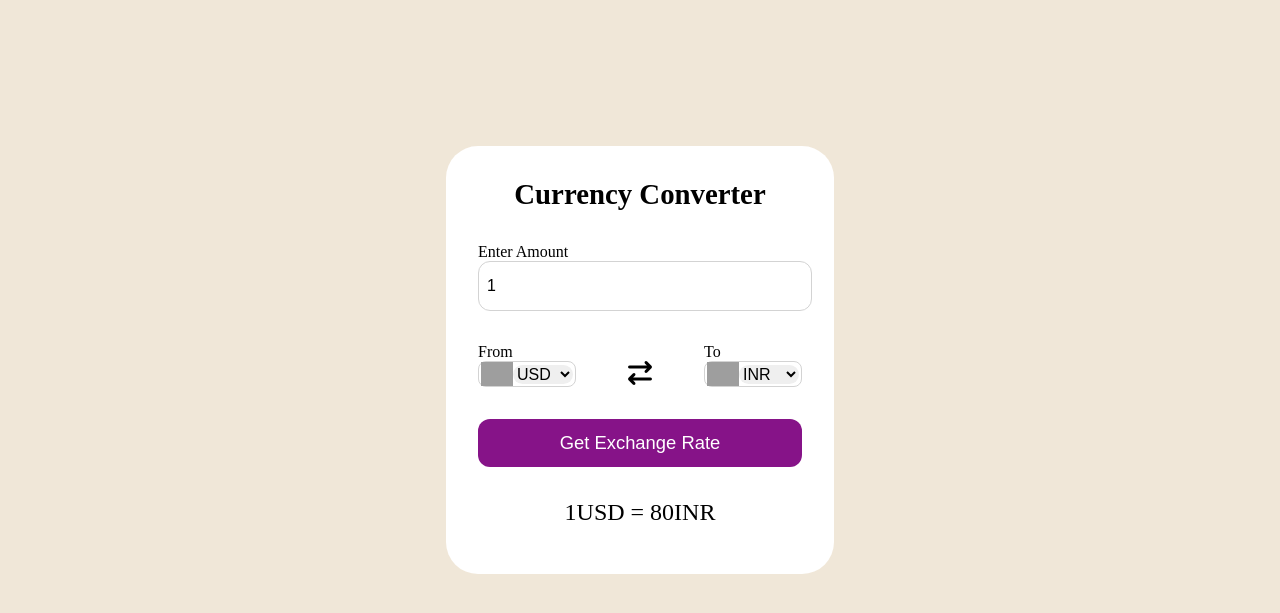
Repository: Saieebawake/Currency-Converter
Page: currconverter.html
The author's editor kept a copy of each file at every save. The page is drawn from the files as they stood at one save, then again after the next save.
The browser window is 1280 px wide. The pictures show the whole page.
Pictures or frames that could not be fetched are drawn as grey boxes.

Above is the page before, as saved 2026-09-21 11:41:06.

### currconverter.html
<!DOCTYPE html>
<html lang="en">
<head>
    <meta charset="UTF-8">
    <meta name="viewport" content="width=device-width, initial-scale=1.0">
    <title>Currency Converter</title>
    <link href="currconverter.css" rel="stylesheet"/>
    <link rel="stylesheet"
    href="https://cdnjs.cloudflare.com/ajax/libs/font-awesome/7.3.1/css/all.min.css"
    integrity="sha512-QeR2VH+lsBE5LSAe1Q5EnTBbe7XTBubt8dG93Y7gidSgdMCr8nVqKcfKAMyN96SV8KDbZVTDXChatu5G2KQGzg=="
    crossorigin="anonymous"
    referrerpolicy="no-referrer"/>
</head>
<body>
    <div class="container">
        <h2>Currency Converter</h2>
        <form>
            <div class="amount">
                <p>Enter Amount</p>
                <input value="1" type="text">
            </div>
            <div class="dropdown">
                <div class="from">
                    <p>From</p>
                    <div class="select-container">
                        <img src="https://flagsapi.com/US/flat/64.png">
                        <select name="from"></select>
                    </div>
                </div>
                <i class="fa-solid fa-arrow-right-arrow-left"></i>
                <div class="to">
                    <p>To</p>
                    <div class="select-container">
                        <img src="https://flagsapi.com/IN/flat/64.png">
                        <select name="to"></select>
                    </div>
                </div>
            </div>
            <button>Get Exchange Rate</button>
            <div class="msg">1USD = 80INR</div>
        </form>
    </div>
    <script src="countrycodes.js"></script>
    <script src="currconverter.js"></script>
</body>
</html>

### currconverter.css
* {
    margin: 0;
    padding: 0;
}

body {
    display: flex;
    justify-content: center;
    align-items: center;
    min-height: 100vh;
    background-color :#F0E7D8;
}

h2 {
    text-align: center;
    font-size: 1.8rem;
}

.container {
    background-color: white;
    padding: 2rem;
    border-radius: 2rem;
    min-height: 45vh;
    width: 45vh;
}

form {
    margin: 2rem 0 1rem 0;
}

form select, button, input {
    width: 100%;
    border: none;
    outline: none;
    border-radius: 0.75rem;
}

form input{
    border: 1px solid lightgray;
    font-size: 1rem;
    height: 3rem;
    padding-left: 0.5rem;
}

.dropdown {
    display: flex;
    justify-content: space-between;
    align-items: center;
    margin-top: 2rem;
}

.dropdown i {
    font-size: 1.5rem;
    margin-top: 1rem;
}

.select-container img {
    max-width: 2rem;
}

.select-container {
    display: flex;
    width: 6rem;
    justify-content: center;
    align-items: center;
    border-radius: 0.5rem;
    border: 1px solid lightgray;
}

.select-container select {
    font-size: 1rem;
    width: auto;
}

.msg {
    text-align: center;
    font-size: 1.5rem;
    font-style: bold;
}

form button {
    height: 3rem;
    background-color: #861388;
    color: white;
    font-size: 1.15rem;
    cursor: pointer;
    margin: 2rem 0 2rem 0;
}

### countrycodes.js
const countryList = {
  AED: "AE",
  AFN: "AF",
  XCD: "AG",
  ALL: "AL",
  AMD: "AM",
  ANG: "AN",
  AOA: "AO",
  AQD: "AQ",
  ARS: "AR",
  AUD: "AU",
  AZN: "AZ",
  BAM: "BA",
  BBD: "BB",
  BDT: "BD",
  XOF: "BE",
  BGN: "BG",
  BHD: "BH",
  BIF: "BI",
  BMD: "BM",
  BND: "BN",
  BOB: "BO",
  BRL: "BR",
  BSD: "BS",
  NOK: "BV",
  BWP: "BW",
  BYR: "BY",
  BZD: "BZ",
  CAD: "CA",
  CDF: "CD",
  XAF: "CF",
  CHF: "CH",
  CLP: "CL",
  CNY: "CN",
  COP: "CO",
  CRC: "CR",
  CUP: "CU",
  CVE: "CV",
  CYP: "CY",
  CZK: "CZ",
  DJF: "DJ",
  DKK: "DK",
  DOP: "DO",
  DZD: "DZ",
  ECS: "EC",
  EEK: "EE",
  EGP: "EG",
  ETB: "ET",
  EUR: "FR",
  FJD: "FJ",
  FKP: "FK",
  GBP: "GB",
  GEL: "GE",
  GGP: "GG",
  GHS: "GH",
  GIP: "GI",
  GMD: "GM",
  GNF: "GN",
  GTQ: "GT",
  GYD: "GY",
  HKD: "HK",
  HNL: "HN",
  HRK: "HR",
  HTG: "HT",
  HUF: "HU",
  IDR: "ID",
  ILS: "IL",
  INR: "IN",
  IQD: "IQ",
  IRR: "IR",
  ISK: "IS",
  JMD: "JM",
  JOD: "JO",
  JPY: "JP",
  KES: "KE",
  KGS: "KG",
  KHR: "KH",
  KMF: "KM",
  KPW: "KP",
  KRW: "KR",
  KWD: "KW",
  KYD: "KY",
  KZT: "KZ",
  LAK: "LA",
  LBP: "LB",
  LKR: "LK",
  LRD: "LR",
  LSL: "LS",
  LTL: "LT",
  LVL: "LV",
  LYD: "LY",
  MAD: "MA",
  MDL: "MD",
  MGA: "MG",
  MKD: "MK",
  MMK: "MM",
  MNT: "MN",
  MOP: "MO",
  MRO: "MR",
  MTL: "MT",
  MUR: "MU",
  MVR: "MV",
  MWK: "MW",
  MXN: "MX",
  MYR: "MY",
  MZN: "MZ",
  NAD: "NA",
  XPF: "NC",
  NGN: "NG",
  NIO: "NI",
  NPR: "NP",
  NZD: "NZ",
  OMR: "OM",
  PAB: "PA",
  PEN: "PE",
  PGK: "PG",
  PHP: "PH",
  PKR: "PK",
  PLN: "PL",
  PYG: "PY",
  QAR: "QA",
  RON: "RO",
  RSD: "RS",
  RUB: "RU",
  RWF: "RW",
  SAR: "SA",
  SBD: "SB",
  SCR: "SC",
  SDG: "SD",
  SEK: "SE",
  SGD: "SG",
  SKK: "SK",
  SLL: "SL",
  SOS: "SO",
  SRD: "SR",
  STD: "ST",
  SVC: "SV",
  SYP: "SY",
  SZL: "SZ",
  THB: "TH",
  TJS: "TJ",
  TMT: "TM",
  TND: "TN",
  TOP: "TO",
  TRY: "TR",
  TTD: "TT",
  TWD: "TW",
  TZS: "TZ",
  UAH: "UA",
  UGX: "UG",
  USD: "US",
  UYU: "UY",
  UZS: "UZ",
  VEF: "VE",
  VND: "VN",
  VUV: "VU",
  YER: "YE",
  ZAR: "ZA",
  ZMK: "ZM",
  ZWD: "ZW",
};

### currconverter.js
const BASE_URL = "https://api.frankfurter.dev/v2/rate";
const dropdowns = document.querySelectorAll(".dropdown select");
const btn = document.querySelector("form button");
const fromCurr = document.querySelector(".from select");
const toCurr = document.querySelector(".to select");
const msg = document.querySelector(".msg");

for(let select of dropdowns) {
    for(currCode in countryList) {
        let newOption = document.createElement("option");
        newOption.innerText = currCode;
        newOption.value = currCode;
        if(select.name === "from" && currCode === "USD") {
            newOption.selected = "selected";
        } else if(select.name === "to" && currCode === "INR") {
            newOption.selected = "selected";
        }
        select.append(newOption);
    }
    select.addEventListener("change", (evt) =>{
        updateFlag(evt.target);
    })
}

const updateFlag = (element) => {
    let currCode = element.value;
    let countryCode = countryList[currCode];
    let newSrc = `https://flagsapi.com/${countryCode}/flat/64.png`;
    let img = element.parentElement.querySelector("img");
    img.src = newSrc;
};

btn.addEventListener("click", async(evt) => {
    evt.preventDefault();
    let amount = document.querySelector(".amount input");
    let amtVal = amount.value;
    if(amtVal === "" || amtVal < 1) {
        amtVal = 1;
        amount.value = "1";
    }

    const URL = `${BASE_URL}/${fromCurr.value.toLowerCase()}/${toCurr.value.toLowerCase()}`;
    let response = await fetch(URL);
    let data = await response.json();
    let rate = data.rate;

    let finalAmount = amtVal * rate;
    msg.innerText = `${amtVal} ${fromCurr.value} = ${finalAmount} ${toCurr.value}`
});

After the next save:
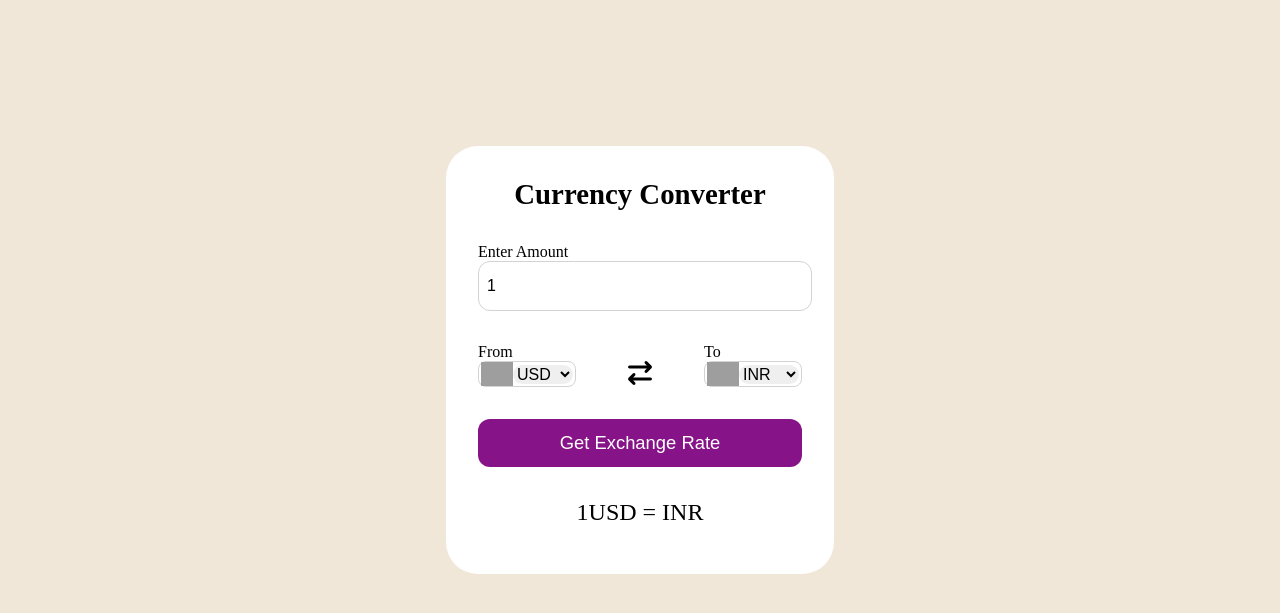
Saved 31 min 28 s later.
--- a/currconverter.html
+++ b/currconverter.html
@@ -37,7 +37,7 @@
                 </div>
             </div>
             <button>Get Exchange Rate</button>
-            <div class="msg">1USD = 80INR</div>
+            <div class="msg">1USD = INR</div>
         </form>
     </div>
     <script src="countrycodes.js"></script>
